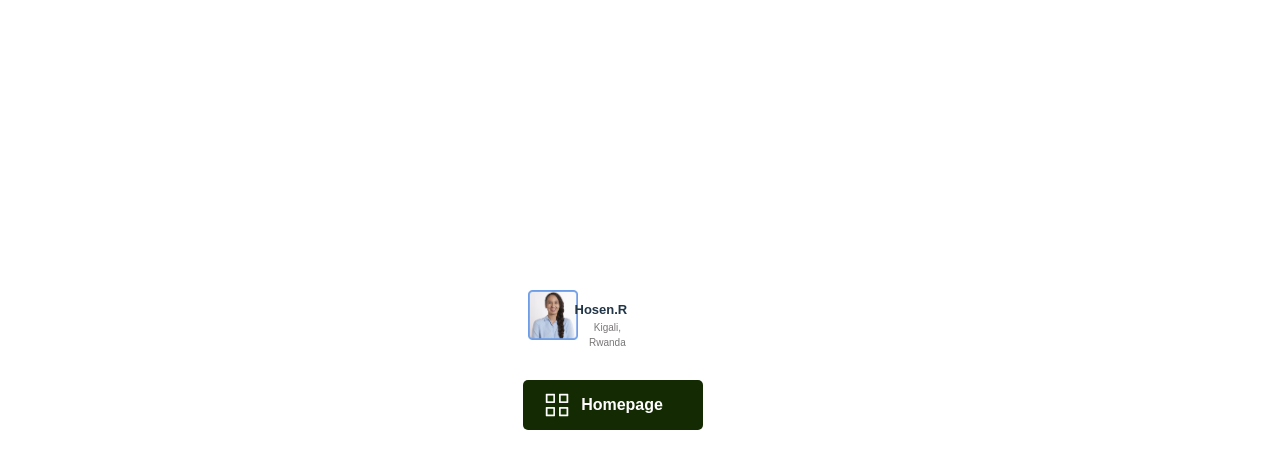
Repository: Auda-frontend/Kenshikeza
Page: /
These files come from the project's save history. The page is drawn as it stood at one moment and after the next save; the edit follows.
The browser window is 1280 px wide. The pictures show the whole page.
The project was rebuilt for these pictures with package versions that can differ from the ones it lists, and the page was loaded fresh each time. Also part of the build but not shown: vite.config.js.

Above is the page before, as saved 2024-01-25 09:52:01.

### src/App.jsx
import './App.css'
import SideBar from './Components/SideBar'

function App() {
  return (
    <div>
      <SideBar />
    </div>
  )
}

export default App

### src/Components/SideBar.jsx
import React from "react";
import Profile from "../assets/Rectangle 79.png";
import './SideBar.css';
import HomeIcon from "../assets/ep_menu.png";

function SideBar() {
  return (
    <div className="container">
    <div className="leftSide">
<div className="profile">
      <img src={Profile} alt="Profile photo" className="profilePhoto" />
      <div className="desc">
      <h2 className="names">Hosen.R</h2>
      <p>Kigali, Rwanda</p>
      </div>
      </div>
      <div className="homepage">
        <img src={HomeIcon} alt="Menu icon" className="homeIcon" />
        <h2>Homepage</h2>
      </div>
    </div>
    </div>
  );
}

export default SideBar;

### src/Components/SideBar.css
*{
    margin: 0;
    padding: 0;
    box-sizing: border-box;
    font-family: sans-serif;
}
.container{
    padding: 0;
}
.leftSide{
    display: flex;
    max-width: 25%;
    max-height: 100%;
    flex-direction: column;
    gap: 30px;
}
.leftSide .profilePhoto{
    float: left;
    width: 50px;
    height: 50px;
    margin-left: -50px;
    margin-right: 10px;
}
.profile{
    display: flex;
    flex-direction: row;
}
.desc{
    display: table-column;
    align-items: center;
    padding-top: 10px;
    /* padding: 5px;
    background-color: aqua; */
}
.desc .names{
    font-size: small;
    margin-left: -13px;
}
.desc p{
    font-size: x-small;
    color: rgb(121, 118, 118)
}
.homepage{
background-color: #132A02;
width: 180px;
height: 50px;
display: flex;
align-items: center;
border-radius: 5px;
justify-content: space-around;
margin-left: -55px;
}
.homepage .homeIcon{
    width: 30px;
    float: left;
    margin-left: -20px;
}
.homepage h2{
    color: white;
    font-size: medium;
    margin-left: -70px;
}

Loaded but not shown: index.html (common file); src/main.jsx (common file); src/index.css (common file); src/App.css (common file)

After the next save:
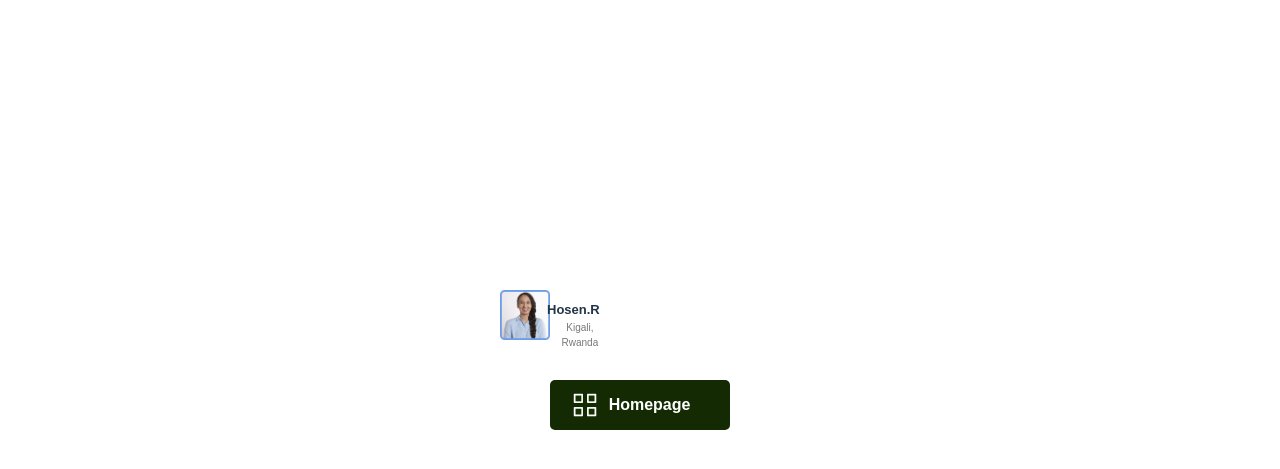
Saved 21 s later.
--- a/src/Components/SideBar.css
+++ b/src/Components/SideBar.css
@@ -48,7 +48,7 @@ display: flex;
 align-items: center;
 border-radius: 5px;
 justify-content: space-around;
-margin-left: -55px;
+/* margin-left: -55px; */
 }
 .homepage .homeIcon{
     width: 30px;
